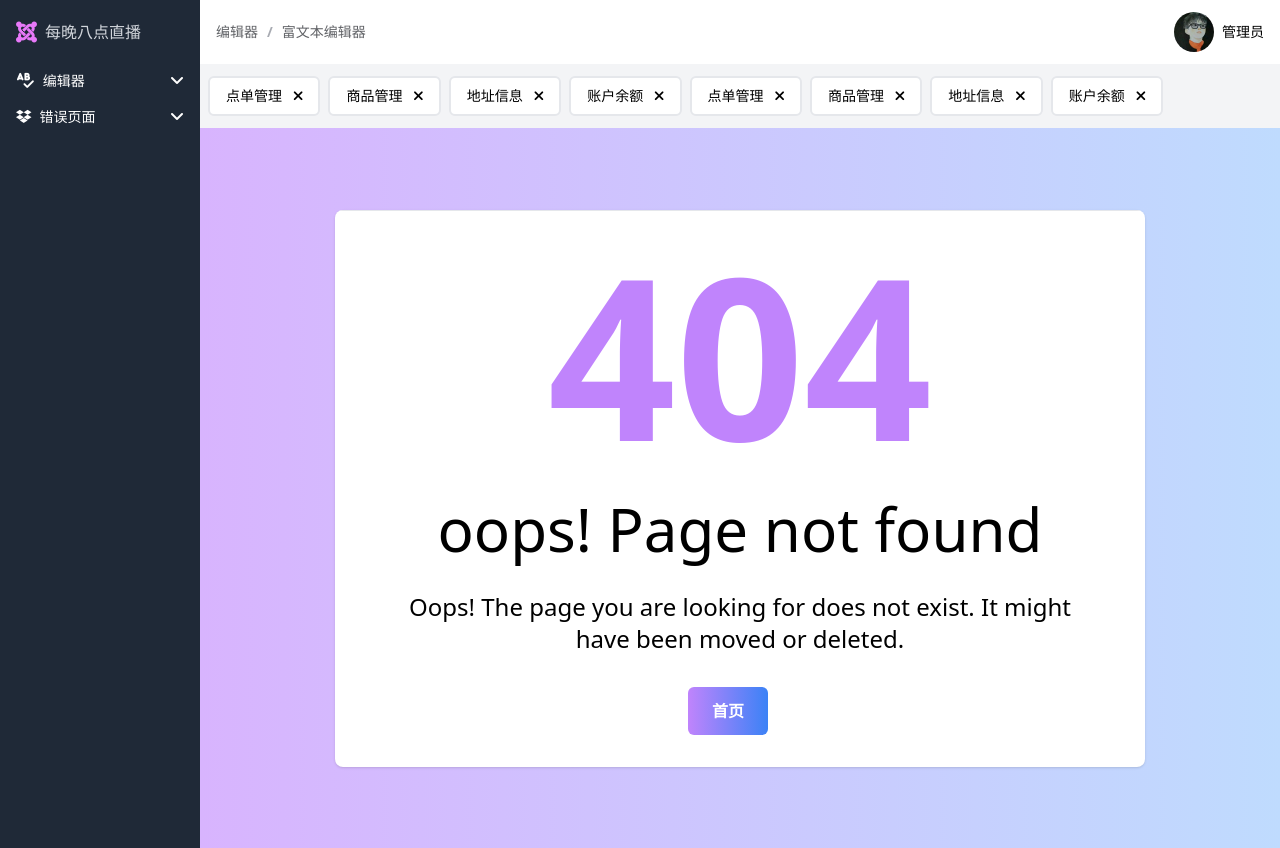
Repository: liangyingbo/vite-vue-TS
Page: /#/error/404
These files come from the project's save history. The page is drawn as it stood at one moment and after the next save; the edit follows.
The browser window is 1280 px wide. The pictures show the whole page.
The project was rebuilt for these pictures with package versions that can differ from the ones it lists, and the page was loaded fresh each time. Also part of the build but not shown: vite.config.ts, src/components/form/HdButton.vue, src/components/form/HdInput.vue, src/components/form/hdLink.vue, src/styles/global.scss.

Above is the page before, as saved 2022-11-20 11:50:43.

After the next save:
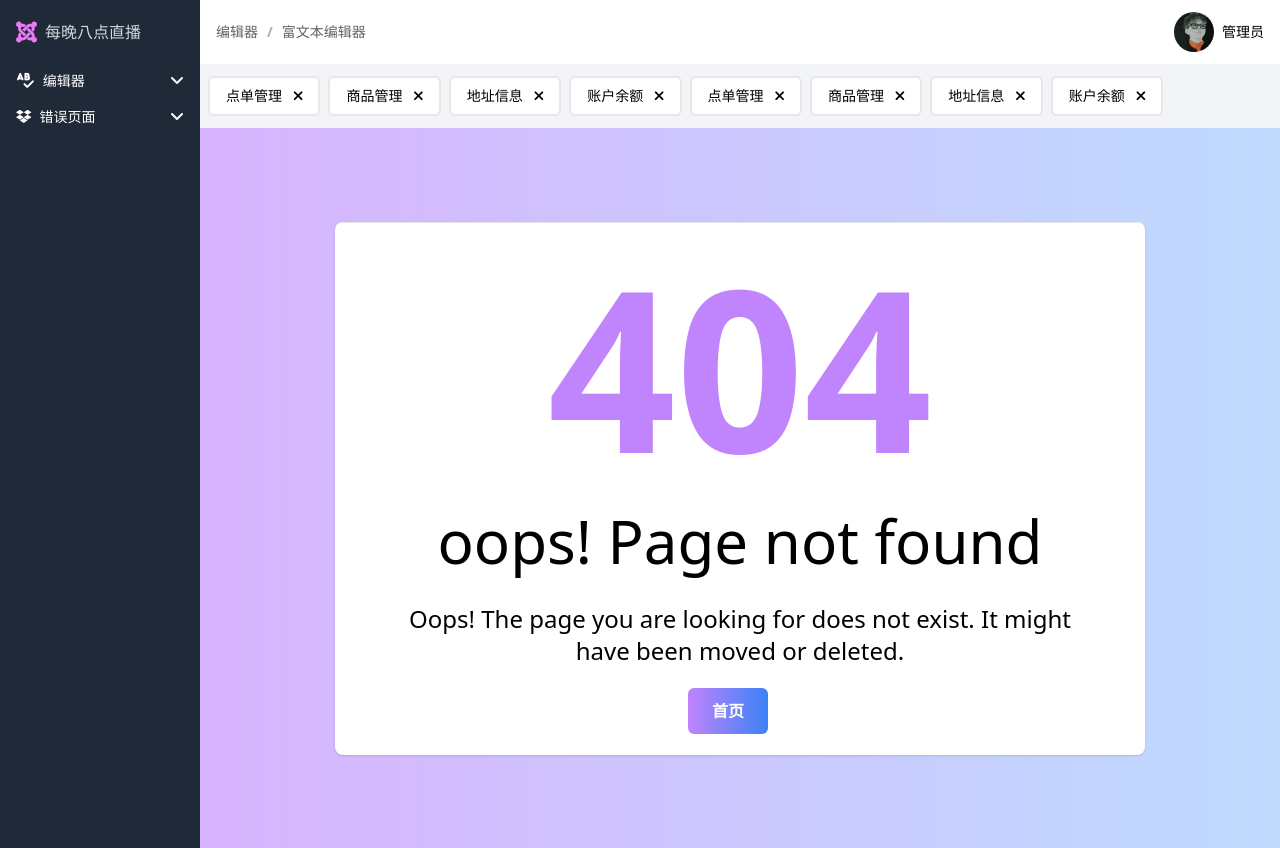
Saved 2 min 0 s later.
--- a/src/views/errors/404.vue
+++ b/src/views/errors/404.vue
@@ -10,11 +10,11 @@
               Oops! The page you are looking for does not exist. It might have been moved or
               deleted.
             </p>
-            <button
+            <router-link
               class="mr-6 rounded-md bg-gradient-to-r from-purple-400 to-blue-500 px-6 py-3 font-semibold text-white hover:from-pink-500 hover:to-orange-500"
             >
             首页
-            </button>
+            </router-link>
 
           </div>
         </div>
